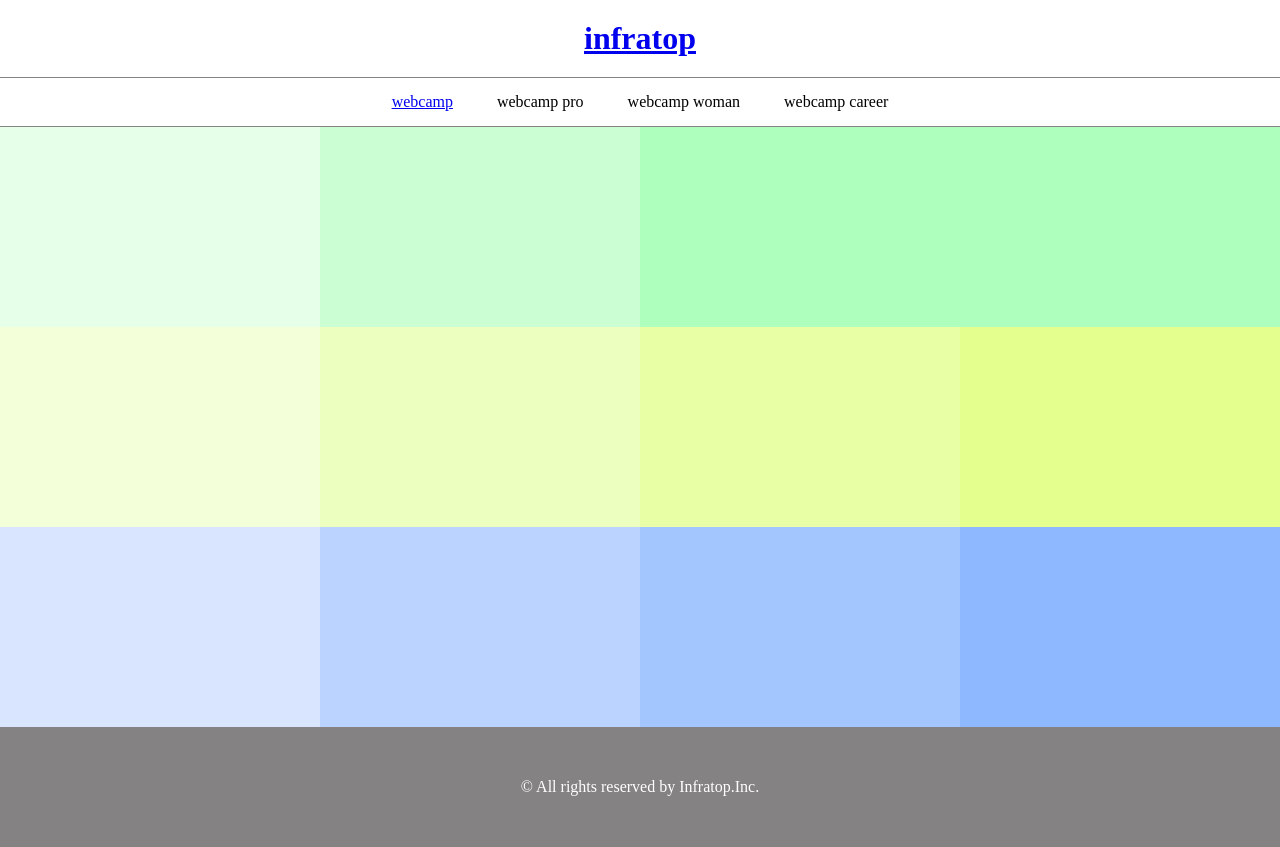
Repository: monami1021/DMM-WEBCAMP
Page: chapter5_exercise/chapter5_exercise.html
The author's editor kept a record of every edit. The page is drawn from the files as they stood at one moment, then again after the next edit.
The browser window is 1280 px wide. The pictures show the whole page.

Above is the page before.

After the next edit:
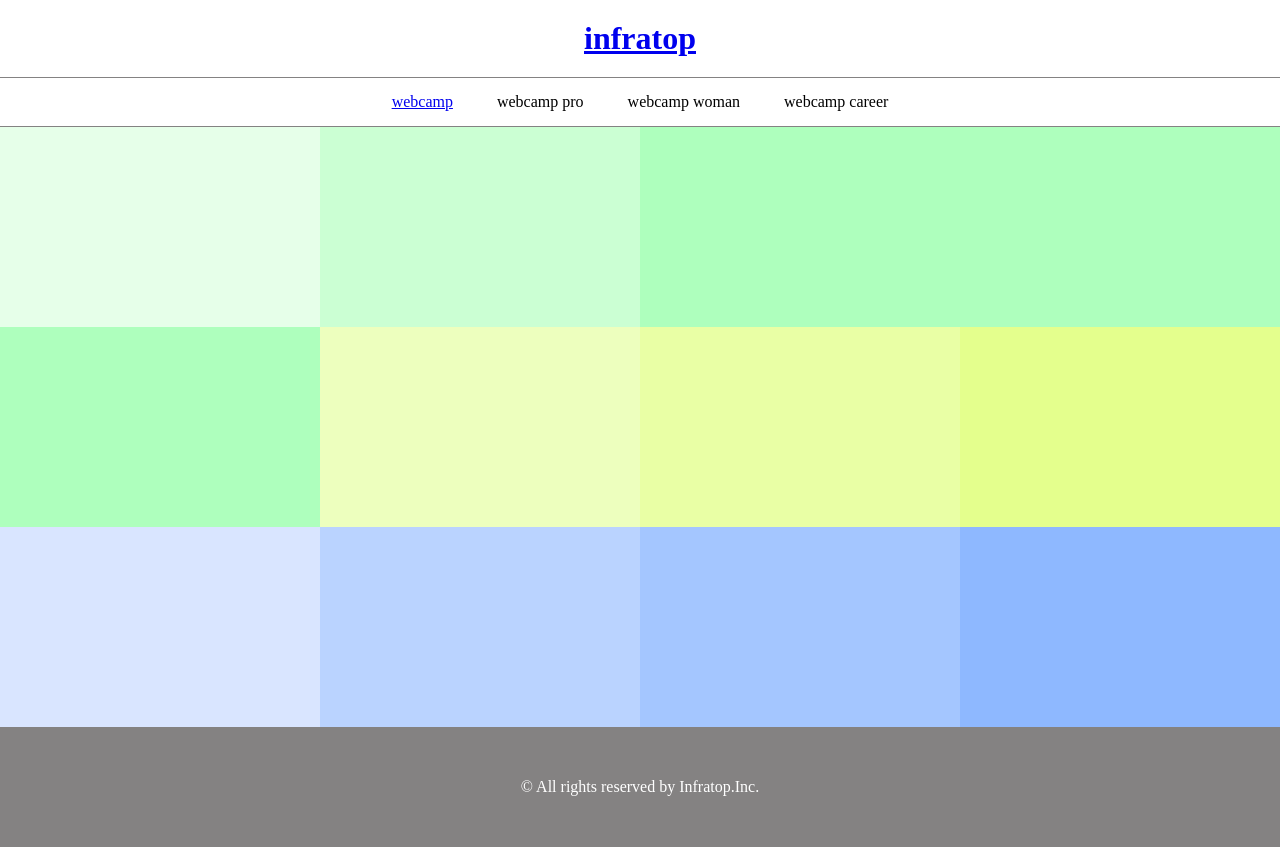
The edit:
--- a/chapter5_exercise/chapter5_exercise.html
+++ b/chapter5_exercise/chapter5_exercise.html
@@ -49,6 +49,9 @@
     .box4{
       background-color: #aeffbd;
     }
+    .box5{
+      background-color: #aeffbd;
+    }
   </style>
   <body>
          <div class="flex">
